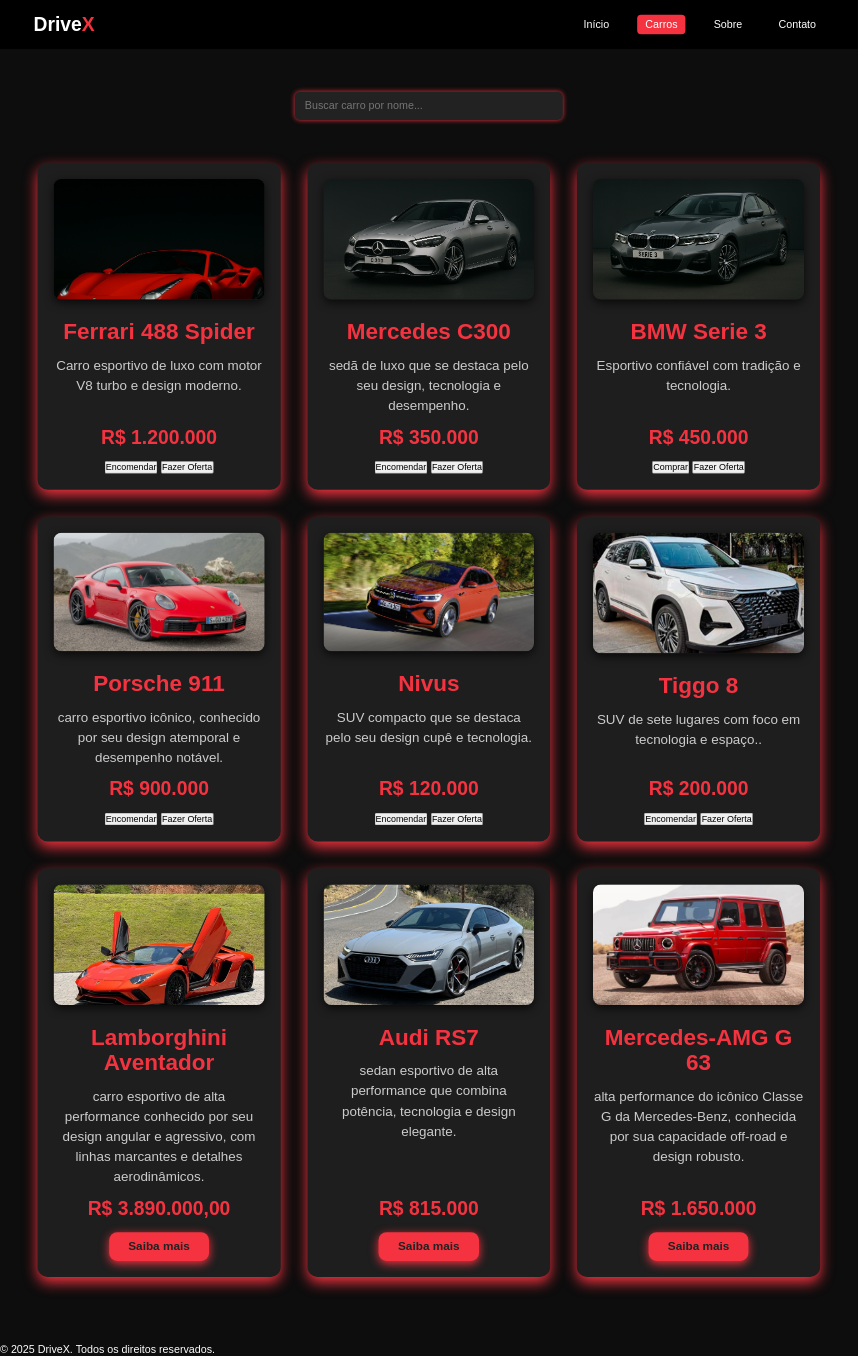
Repository: Mateushlp/DriveX
Page: carros.html
These files come from the project's save history. The page is drawn as it stood at one moment and after the next save; the edit follows.
The browser window is 1280 px wide. The pictures show the whole page, at 67% of full size.

Above is the page before, as saved 2025-06-24 22:16:17.

### carros.html
<!DOCTYPE html>
<html lang="pt-br">
<head>
  <meta charset="UTF-8" />
  <meta name="viewport" content="width=device-width, initial-scale=1.0" />
  <title>DriveX - Carros Disponíveis</title>
  <link rel="stylesheet" href="carros.css" />
</head>
<body>
  <header>
    <div class="logo">
     <a href="./index.html">Drive<span>X</span></div></a>
    <nav>
      <ul>
        <li><a href="index.html">Início</a></li>
        <li><a href="carros.html" class="active">Carros</a></li>
        <li><a href="sobre.html">Sobre</a></li>
        <li><a href="contato.html">Contato</a></li>
      </ul>
    </nav>
  </header>

  <main>
    <section class="filtro" style="text-align:center; margin: 2rem 0;">
      <input type="text" id="filtro-carros" placeholder="Buscar carro por nome..." />
    </section>

    <section class="grid-carro">
      <div class="card-carro">
        <img src="./img/ferrari.png" alt="Ferrari 488 Spider" />
        <h3>Ferrari 488 Spider</h3>
        <p>Carro esportivo de luxo com motor V8 turbo e design moderno.</p>
        <strong>R$ 1.200.000</strong>
        <div class="botoes-card">
  <button class="btn-encomenda" data-modelo="Ferrari 488 Spider">Encomendar</button>
  <button class="btn-oferta" data-modelo="Ferrari 488 Spider">Fazer Oferta</button>
</div>
      </div>
      <div class="card-carro">
        <img src="./img/ChatGPT Image 19 de jun. de 2025, 23_14_08.png" alt="Mercedes C300" />
        <h3>Mercedes C300</h3>
        <p>sedã de luxo que se destaca pelo seu design, tecnologia e desempenho.</p>
        <strong>R$ 350.000</strong>
        <div class="botoes-card">
  <button class="btn-encomenda" data-modelo="Mercedes C300">Encomendar</button>
  <button class="btn-oferta" data-modelo="Mercedes C300">Fazer Oferta</button>
</div>

      </div>
      <div class="card-carro">
        <img src="./img/serie 3.png" alt="BMW Serie 3" />
        <h3>BMW Serie 3</h3>
        <p>Esportivo confiável com tradição e tecnologia.</p>
        <strong>R$ 450.000</strong>
       <div class="botoes-card">
  <button class="btn-encomenda" data-modelo="BMW Serie 3">Comprar</button>
  <button class="btn-oferta" data-modelo="BMW Serie 3">Fazer Oferta</button>
</div>

      </div>
           <div class="card-carro">
        <img src="./img/Porsche-911.jpg" alt="911" />
        <h3>Porsche 911</h3>
        <p> carro esportivo icônico, conhecido por seu design atemporal e desempenho notável.</p>
        <strong>R$ 900.000</strong>
       <div class="botoes-card">
  <button class="btn-encomenda" data-modelo="911">Encomendar</button>
  <button class="btn-oferta" data-modelo="911">Fazer Oferta</button>
</div>

      </div>
              <div class="card-carro">
        <img src="./img/nivus.jpg" alt="nivus" />
        <h3>Nivus</h3>
        <p> SUV compacto que se destaca pelo seu design cupê e tecnologia.</p>
        <strong>R$ 120.000</strong>
       <div class="botoes-card">
  <button class="btn-encomenda" data-modelo="nivus">Encomendar</button>
  <button class="btn-oferta" data-modelo="nivus">Fazer Oferta</button>
</div>

      </div>
             <div class="card-carro">
        <img src="./img/tiggo8pro.jpg" alt="tiggo8" />
        <h3>Tiggo 8</h3>
        <p> SUV de sete lugares com foco em tecnologia e espaço..</p>
        <strong>R$ 200.000</strong>
       <div class="botoes-card">
  <button class="btn-encomenda" data-modelo="tiggo8">Encomendar</button>
  <button class="btn-oferta" data-modelo="tiggo8">Fazer Oferta</button>
</div>

      </div>
                <div class="card-carro">
        <img src="./img/lamborghini.png" alt="aventador" />
        <h3>Lamborghini Aventador</h3>
        <p>carro esportivo de alta performance conhecido por seu design angular e agressivo, com linhas marcantes e detalhes aerodinâmicos.</p>
        <strong>R$ 3.890.000,00</strong>
        <button class="btn-detalhes" data-modelo="aventador">Saiba mais</button>
      </div>
                  <div class="card-carro">
        <img src="./img/audirs7.png" alt="audirs7" />
        <h3>Audi RS7</h3>
        <p> sedan esportivo de alta performance que combina potência, tecnologia e design elegante.</p>
        <strong>R$ 815.000</strong>
        <button class="btn-detalhes" data-modelo="audirs7">Saiba mais</button>
      </div>
                   <div class="card-carro">
        <img src="./img/g63.png" alt="g63" />
        <h3>Mercedes-AMG G 63</h3>
        <p> alta performance do icônico Classe G da Mercedes-Benz, conhecida por sua capacidade off-road e design robusto.</p>
        <strong>R$ 1.650.000</strong>
        <button class="btn-detalhes" data-modelo="g63">Saiba mais</button>
      </div>
      <!-- Adicione mais carros aqui -->
    </section>

    <!-- Modal para detalhes -->
    <div id="modal-detalhes" class="modal">
      <div class="modal-content">
        <span id="fechar-modal" class="fechar"></span>
        <h2 id="titulo-modal"></h2>
        <img id="img-modal" src="" alt="" style="max-width:100%; border-radius: 10px; margin-bottom: 1rem;" />
        <p id="descricao-modal"></p>
        <strong id="preco-modal"></strong>
      </div>
    </div>
  </main>

  <footer>
    <p>&copy; 2025 DriveX. Todos os direitos reservados.</p>
  </footer>

  <script src="carros.js"></script>
</body>
</html>

### carros.css
* {
  margin: 0;
  padding: 0;
  box-sizing: border-box;
}

body {
  font-family: 'Arial', sans-serif;
  background-color: #0d0d0d;
  color: #fff;
  min-height: 100vh;
  flex-direction: column;
}

header {
  display: flex;
  justify-content: space-between;
  align-items: center;
  padding: 20px 50px;
  background-color: #000;
}

a{
  text-decoration: none;
  color: #fff;
}

.logo {
  font-size: 1.8rem;
  font-weight: bold;
}

.logo span {
  color: #f53340;
}

nav ul {
  list-style: none;
  display: flex;
  gap: 30px;
}

nav a {
  color: #fff;
  text-decoration: none;
  font-size: 1rem;
}


.logo {
  font-size: 1.8rem;
  font-weight: bold;
  color: #fff;
}

.logo span {
  color: #f53340;
}

nav ul {
  list-style: none;
  display: flex;
  gap: 30px;
}

nav a {
  color: #fff;
  text-decoration: none;
  font-size: 1rem;
  padding: 6px 12px;
  border-radius: 6px;
  transition: background-color 0.3s ease;
}

nav a:hover,
nav a.active {
  background-color: #f53340;
  color: #fff;
}

main {
  display: grid;
  grid-template-columns: 2fr;
    padding: 2rem;
    gap: 2rem;
  padding: 2rem 1rem 3rem;
  max-width: 1200px;
  margin: 0 auto;
}


.filtro {
  text-align: center;
  margin-bottom: 3rem;
}

.filtro input[type="text"] {
  width: 90%;
  max-width: 400px;
  padding: 12px 15px;
  font-size: 1rem;
  border-radius: 8px;
  border: none;
  outline: none;
  box-shadow: 0 0 8px #f53340;
  background-color: #222;
  color: #fff;
  transition: box-shadow 0.3s ease;
}

.filtro input[type="text"]:focus {
  box-shadow: 0 0 15px #f53340;
}

.grid-carro {
  display: grid;
  grid-template-columns: repeat(auto-fill, minmax(320px, 1fr));
  gap: 2.5rem;
}

.card-carro {
  background: #1e1e1e;
  padding: 1.5rem;
  border-radius: 15px;
  box-shadow: 0 8px 20px #f53340;
  transition: transform 0.3s ease, box-shadow 0.3s ease;
  display: flex;
  flex-direction: column;
  align-items: center;
  height: 100%;
}

.card-carro:hover {
  transform: translateY(-8px);
  box-shadow: 0 12px 35px #f53340;
}

.card-carro img {
  width: 100%;
  max-height: 180px;
  object-fit: cover;
  border-radius: 12px;
  margin-bottom: 1.2rem;
  box-shadow: 0 5px 15px rgba(0,0,0,0.7);
}

.card-carro h3 {
  font-size: 2.1rem;
  color: #f53340;
  margin-top: 0.6rem;
  text-align: center;
}

.card-carro p {
  font-size: 1.25rem;
  line-height: 1.5;
  color: #ccc;
  margin-top: 1rem;
  flex-grow: 1;
  text-align: center;
}

.card-carro strong {
  font-size: 1.8rem;
  color: #f53340;
  margin: 1rem 0 1.2rem 0;
  font-weight: 900;
}


.btn-detalhes {
  background-color: #f53340;
  color: #222;
  border: none;
  padding: 0.7rem 1.8rem;
  border-radius: 12px;
  cursor: pointer;
  font-weight: 700;
  font-size: 1.1rem;
  transition: background-color 0.3s ease;
  box-shadow: 0 4px 15px #f53340;

.btn-detalhes:hover {
  background-color: #f53340;
  box-shadow: 0 6px 22px #f53340;
}


.modal {
  display: none;
  position: fixed;
  z-index: 9999;
  left: 0;
  top: 0;
  width: 100%;
  height: 100%;
  background-color: rgba(18, 18, 18, 0.85);
  justify-content: center;
  align-items: center;
  overflow-y: auto;
  padding: 2rem 1rem;
}

.modal.show {
  display: flex;
}

.modal-content {
  background: #2a2a2a;
  padding: 2.5rem;
  border-radius: 20px;
  max-width: 600px;
  text-align: center;
  box-shadow: 0 10px 40px #f53340;
  color: #fff;
  position: relative;
}

.fechar {
  position: absolute;
  top: 20px;
  right: 25px;
  font-size: 2.6rem;
  cursor: pointer;
  color: #f53340;
  transition: color 0.3s ease;
}

.fechar:hover {
  color: #f53340;
}

/* Footer */
footer {
  background-color: #000;
  text-align: center;
  padding: 15px 0;
  color: #777;
  font-size: 0.9rem;
  margin-top: auto;
}
}

### carros.js
// Filtro de busca
const inputFiltro = document.getElementById('filtro-carros');
const cards = document.querySelectorAll('.card-carro');

inputFiltro.addEventListener('input', function () {
  const termo = this.value.toLowerCase();

  cards.forEach((card) => {
    const nomeCarro = card.querySelector('h3').textContent.toLowerCase();
    if (nomeCarro.includes(termo)) {
      card.style.display = 'block';
    } else {
      card.style.display = 'none';
    }
  });
});

// Modal de detalhes
const botoesDetalhes = document.querySelectorAll('.btn-detalhes');
const modal = document.getElementById('modal-detalhes');
const tituloModal = document.getElementById('titulo-modal');
const imgModal = document.getElementById('img-modal');
const descricaoModal = document.getElementById('descricao-modal');
const precoModal = document.getElementById('preco-modal');
const fecharModal = document.getElementById('fechar-modal');

botoesDetalhes.forEach((btn) => {
  btn.addEventListener('click', () => {
    const card = btn.closest('.card-carro');
    const nome = card.querySelector('h3').textContent;
    const imagem = card.querySelector('img').src;
    const descricao = card.querySelector('p').textContent;
    const preco = card.querySelector('strong').textContent;

    tituloModal.textContent = nome;
    imgModal.src = imagem;
    imgModal.alt = nome;
    descricaoModal.textContent = descricao;
    precoModal.textContent = preco;

    modal.style.display = 'flex';
  });
});

fecharModal.addEventListener('click', () => {
  modal.style.display = 'none';
});

window.addEventListener('click', (event) => {
  if (event.target === modal) {
    modal.style.display = 'none';
  }
});

After the next save:
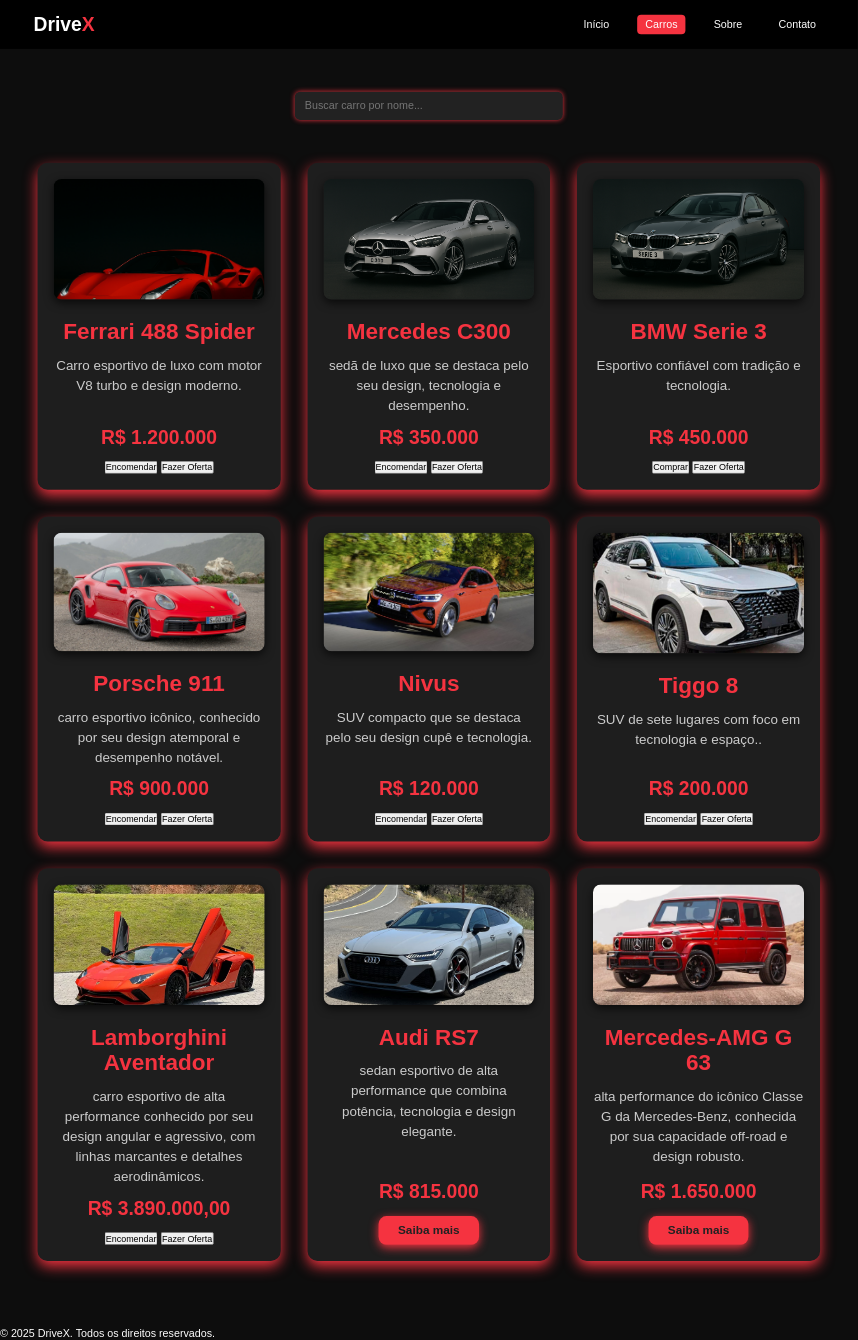
Saved 5 s later.
--- a/carros.html
+++ b/carros.html
@@ -96,7 +96,11 @@
         <h3>Lamborghini Aventador</h3>
         <p>carro esportivo de alta performance conhecido por seu design angular e agressivo, com linhas marcantes e detalhes aerodinâmicos.</p>
         <strong>R$ 3.890.000,00</strong>
-        <button class="btn-detalhes" data-modelo="aventador">Saiba mais</button>
+       <div class="botoes-card">
+  <button class="btn-encomenda" data-modelo="NOME_DO_CARRO">Encomendar</button>
+  <button class="btn-oferta" data-modelo="NOME_DO_CARRO">Fazer Oferta</button>
+</div>
+
       </div>
                   <div class="card-carro">
         <img src="./img/audirs7.png" alt="audirs7" />
